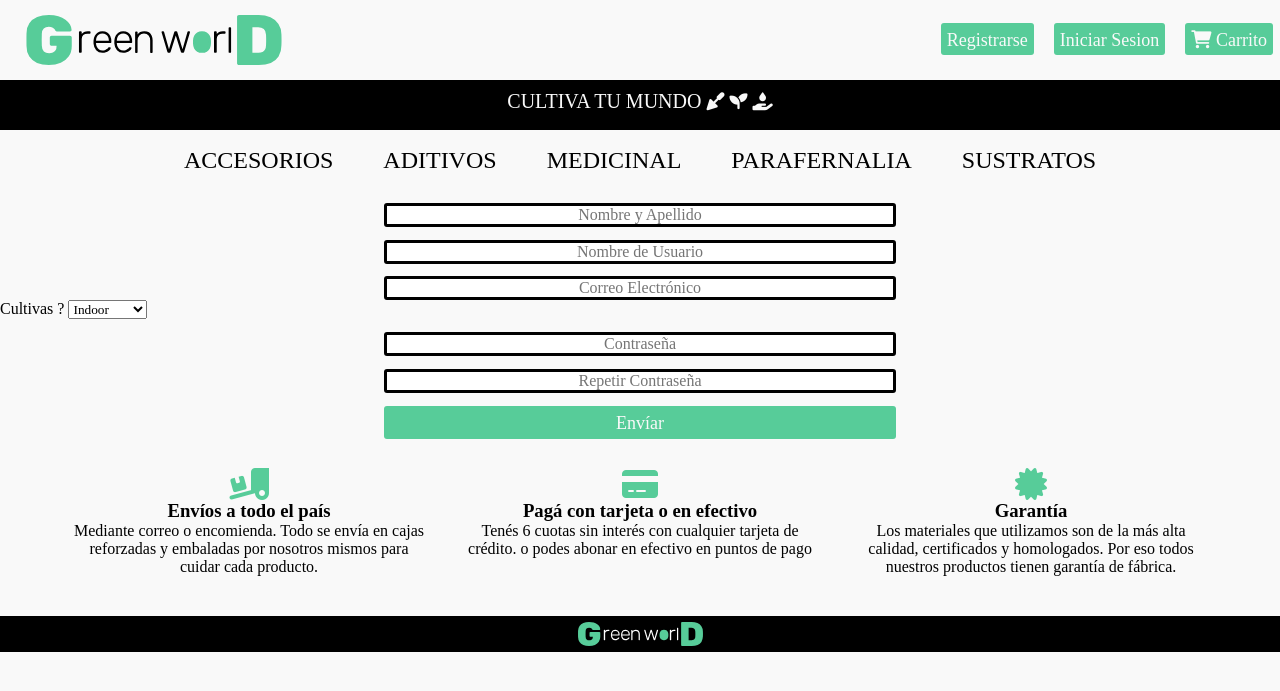
Repository: francoG98/grupo_9_Green_World
Page: source/views/register.html
The author's editor kept a copy of each file at every save. The page is drawn from the files as they stood at one save, then again after the next save.
The browser window is 1280 px wide. The pictures show the whole page.
Some web fonts or font styles are not loaded; a fallback is used. Some web libraries are served in a nearby version.

Above is the page before, as saved 2022-06-24 20:13:58.

After the next save:
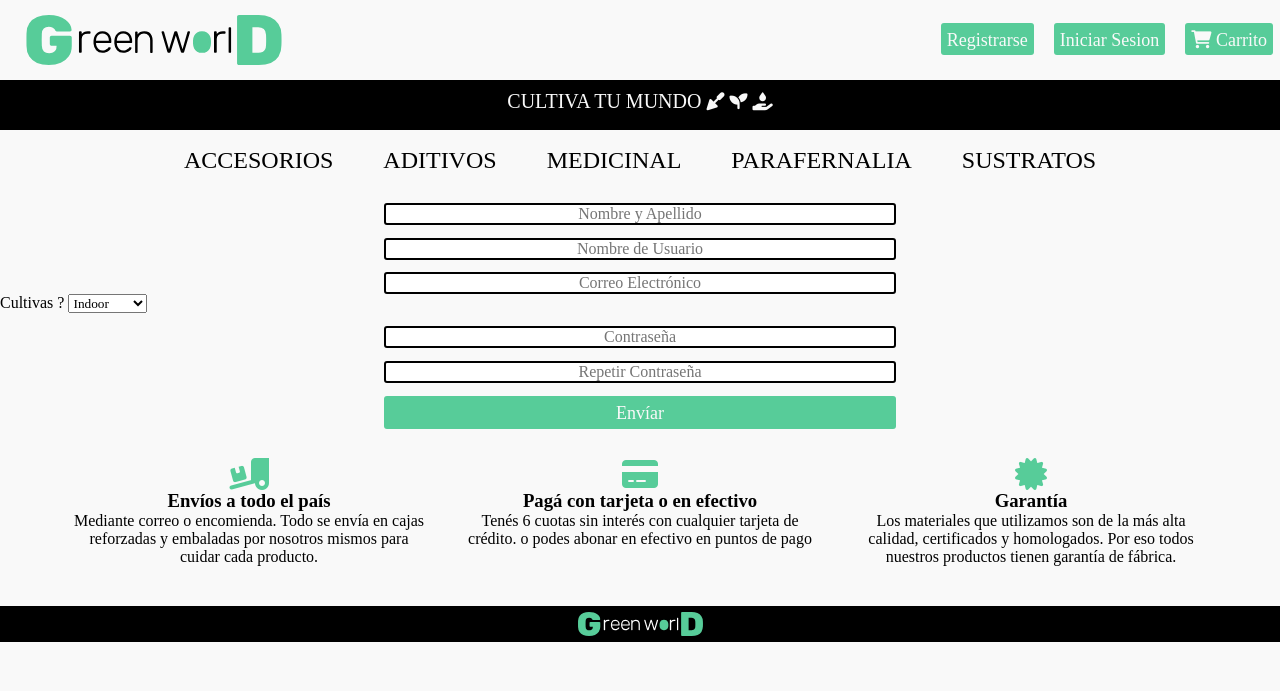
Saved 12 s later.
--- a/public/css/main-register.css
+++ b/public/css/main-register.css
@@ -22,7 +22,7 @@ a button{
 input{
     margin-left: 30%;
     margin-top: 1%;
-    border: 3px solid ;
+    border: 2px solid ;
     width: 40%;
     text-align: center;
     font-size: 16px;
